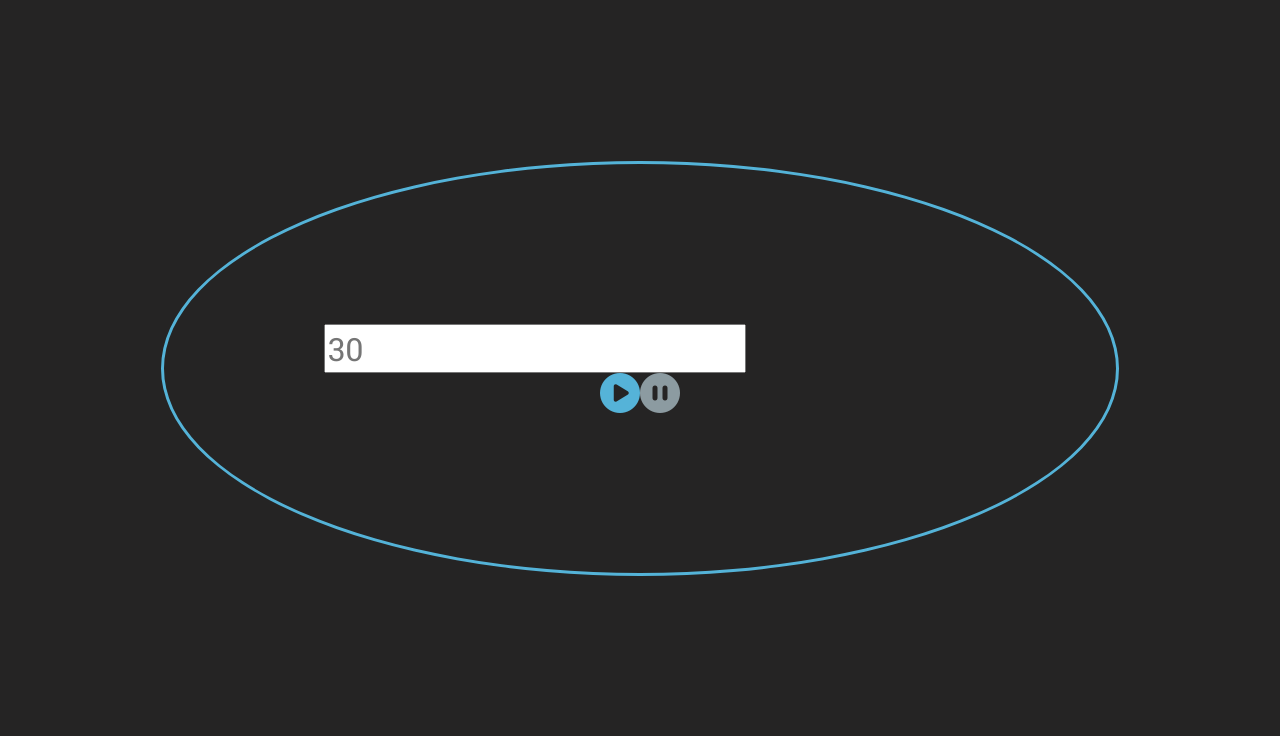
Repository: Sbethm/javascript-challenges
Page: index.html
These files come from the project's save history. The page is drawn as it stood at one moment and after a run of saves; the edit follows.
The browser window is 1280 px wide. The pictures show the whole page.
Some web libraries are served in a nearby version. The style sheet was rebuilt from its Sass, Less or Tailwind sources for each picture, by a compiler version that may differ from the author's.

Above is the page before, as saved 2021-09-17 09:35:00.

### index.html
<!DOCTYPE html>
<html lang="en">
<head>
    <meta charset="UTF-8">
    <meta http-equiv="X-UA-Compatible" content="IE=edge">
    <meta name="viewport" content="width=device-width, initial-scale=1.0">
    <link rel="stylesheet" href="./CSS/main.css">
    <link rel="preconnect" href="https://fonts.googleapis.com">
    <link rel="preconnect" href="https://fonts.gstatic.com" crossorigin>
    <link href="https://fonts.googleapis.com/css2?family=Roboto+Slab&display=swap" rel="stylesheet">
    <script src="https://kit.fontawesome.com/4348baf125.js" crossorigin="anonymous"></script>
    <title>SarahMoosa: JavaScript Challenges</title>
</head>
<body>
    <header></header>
    <main>
        <div class="container">
            <input type="text" placeholder="30">
            <div class="btn-container">
                <i class="fas fa-play-circle"></i>
                <i class="fas fa-pause-circle"></i>
            </div>
        </div>
    </main>
</body>
</html>

### SCSS/main.scss
@import "./variables";

body {
    background-color: rgb(37, 36, 36);
}

main{
    height: 100vh;
    display: flex;
    align-items: center;
    justify-content: center;
}

.container {
    width: 50%;
    padding: 5em;
    margin: 0 auto;
    font-family: 'Roboto Slab', serif;
    font-size: 2rem;
    background-color: rgb(37, 36, 36);
    border: solid 3px rgb(84, 179, 216);
    border-radius: 100%;
}

.btn-container {
    display: flex;
    justify-content: center;
    //align-items: center;
}

input {
    width: fit-content;
    font-family: inherit;
    font-size: 100%;
}

i {
    font-size: clamp(1rem, 75vw, 2.5rem);
}

.fa-pause-circle {
    color: $inactiveColor;
}

.fa-play-circle {
    color: $activeColor;
}

### SCSS/_variables.scss
//COLORS
$activeColor: hsl(197, 63%, 59%);
$inactiveColor: hsl(197, 10%, 59%);

After the next 3 saves:
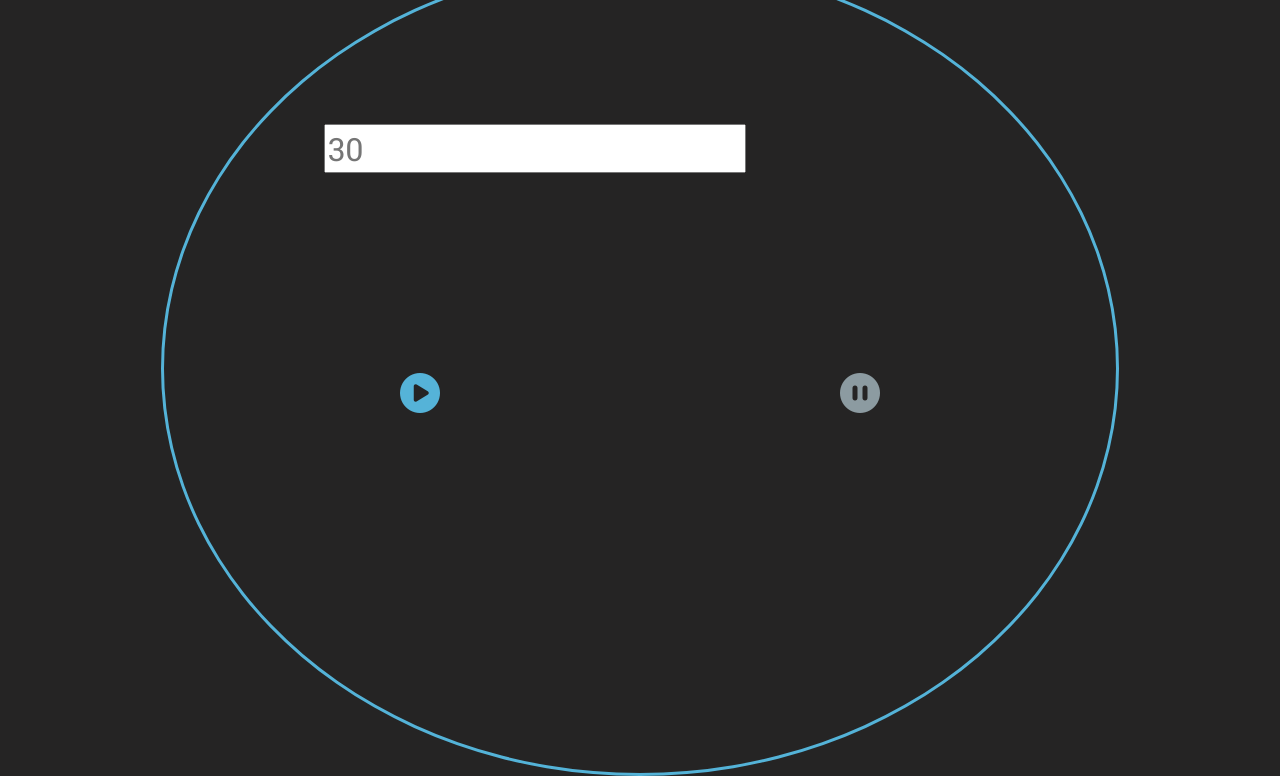
The 3 saves are shown as one change because they came seconds apart.
The last was saved 15 s later.
--- a/SCSS/main.scss
+++ b/SCSS/main.scss
@@ -35,6 +35,7 @@ input {
 }
 
 i {
+    padding: 5em;
     font-size: clamp(1rem, 75vw, 2.5rem);
 }
 
